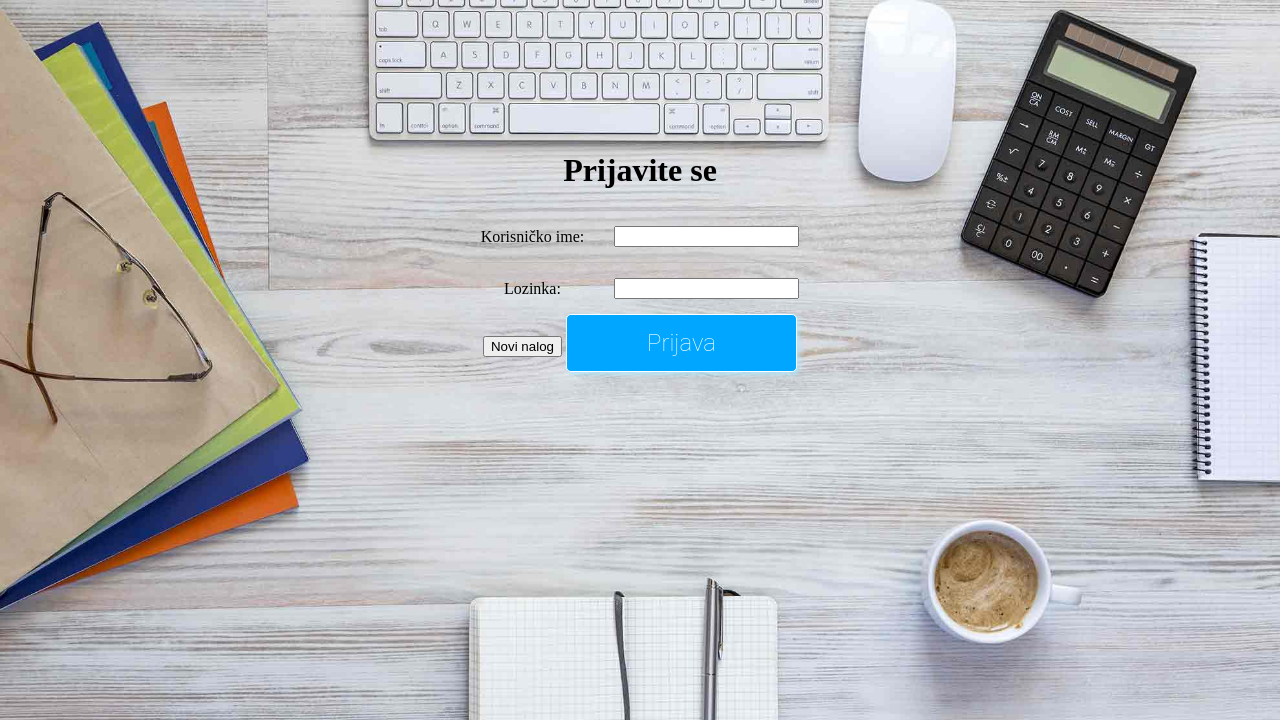
Repository: KristijanPetkovic/java-applet-video-library
Page: http://localhost/www.videoteka.com/
An editor plug-in stored every save of this project. The page is shown before and after the next save, followed by the edit.
The browser window is 1280 px wide. The pictures show the whole page.
The page is served by Tomcat 9. Other server files are loaded and not shown.

Above is the page before, as saved 2019-01-09 21:14:26.

### Projekti/www.videoteka.com/WebContent/login.html
<!DOCTYPE html>
<html>
	<head>
		<meta http-equiv="content-type" content="text/html; charset=utf-8">
		<title>Prijavljivanje</title>
		<link rel="stylesheet" href="logovanje.css" >
	</head>
	<body>
		<h1 id="naslov">Prijavite se</h1>
		<form method="post">
			<table class="center" cellpadding="15px">
				<tr>
					<td>Korisničko ime: </td>
					<td> <input name="ime" type="text"> </td>
				</tr>
				<tr>
					<td>Lozinka: </td>
					<td> <input name="sifra" type="text"> </td>
				</tr>
			</table>
			<input name="otvaranje" type="submit" value="Novi nalog" formaction="noviKorisnik.html">
			<input class="color-change" name="prijava" type="submit" value="Prijava" formaction="LoginServlet" >

		</form>
	</body>
</html>

### Projekti/www.videoteka.com/WebContent/logovanje.css
#naslov{
    margin-top:12%;
    }
table.center {
    margin-left:auto;
    margin-right:auto;
    cellpadding:15px;
  }
body {
  background: url(poz.jpg);
  background-repeat:no-repeat;
  background-size:cover;
  text-align:center;
  }
#produzenje{
	font-family: Arial;
	font-weight: bold;
	font-size: 30px;
}
.iskosi{
	font-style: italic;
}
table{
	border-color: rgb(0,0,0);

	border-collapse: collapse;
}
.desno{
	text-align: right;
}
th{
	color: rgb(255, 255, 255);
	background: rgb(0, 0, 0);
	collspan: 2;
}
td{
	border-top: 1pt solid silver;
	padding: 10;
}
ttr:nth-child(odd){
	background: rgb(255, 255, 255);
}
tr:hover{
	background: rgb(96, 158, 255);
}
input:focus{
	background-color: rgb(255, 255, 179);
	border-color: rgb(186, 186, 186);
}
.color-change {
  border-radius: 5px;
  font-size: 20px;
  padding: 14px 80px;
  cursor: pointer;
  color: #fff;
  background-color: #00A6FF;
  font-size: 1.5rem;
  font-family: 'Roboto';
  font-weight: 100;
  border: 1px solid #fff;
  box-shadow: 2px 2px 5px #AFE9FF;
  transition-duration: 0.5s;
  -webkit-transition-duration: 0.5s;
  -moz-transition-duration: 0.5s;
}

.color-change:hover {
  color: #006398;
  border: 1px solid #006398;
  box-shadow: 2px 2px 20px #AFE9FF;
}

button.color-change {
  -webkit-appearance: none;
  -moz-appearance: none;
}

After the next save:
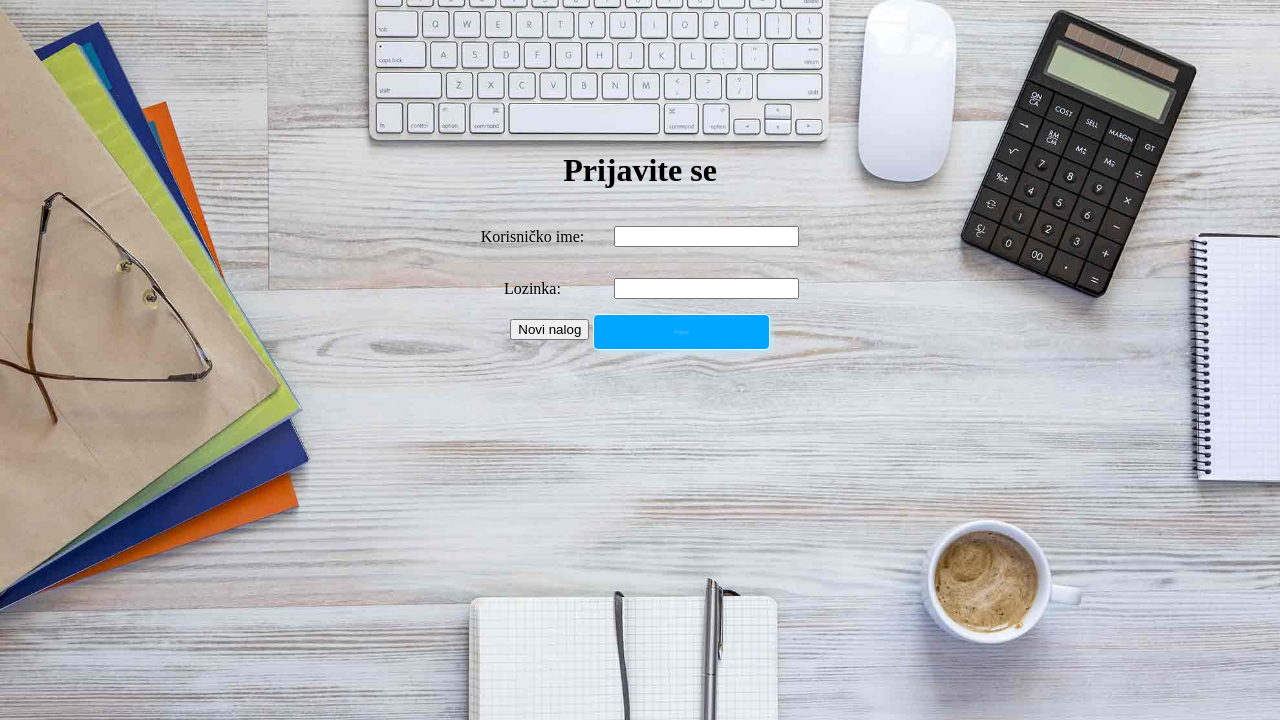
Saved 13 s later.
--- a/Projekti/www.videoteka.com/WebContent/logovanje.css
+++ b/Projekti/www.videoteka.com/WebContent/logovanje.css
@@ -54,7 +54,7 @@
   cursor: pointer;
   color: #fff;
   background-color: #00A6FF;
-  font-size: 1.5rem;
+  font-size: 5px;
   font-family: 'Roboto';
   font-weight: 100;
   border: 1px solid #fff;

After the save that followed:
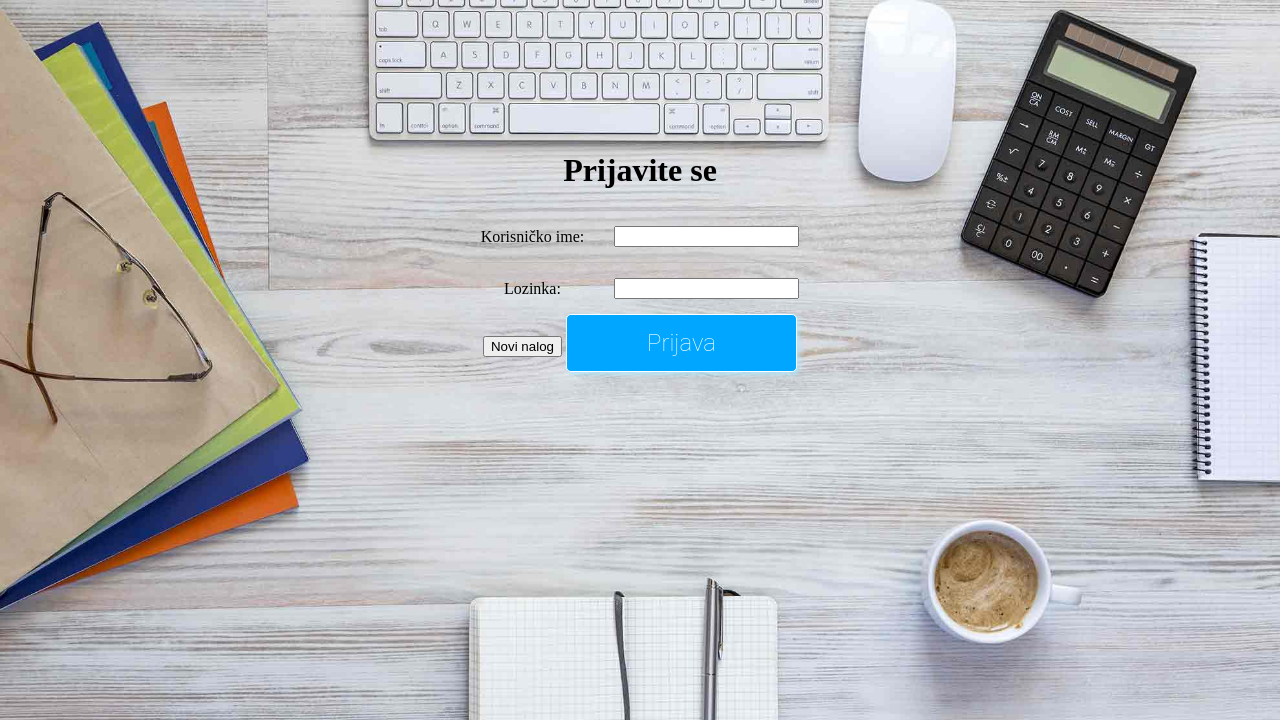
Saved 7 s later.
--- a/Projekti/www.videoteka.com/WebContent/logovanje.css
+++ b/Projekti/www.videoteka.com/WebContent/logovanje.css
@@ -54,7 +54,7 @@
   cursor: pointer;
   color: #fff;
   background-color: #00A6FF;
-  font-size: 5px;
+  font-size: 1.5rem;
   font-family: 'Roboto';
   font-weight: 100;
   border: 1px solid #fff;
